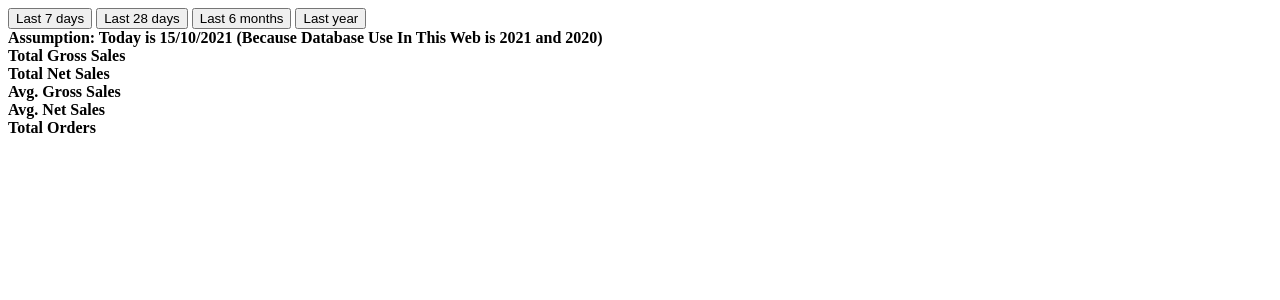
Repository: quockhuongtrann/Ecommerce-Website-With-Spring-Framework
Page: http://localhost/reports/sales_report_by_date
These files come from the project's save history. The page is drawn as it stood at one moment and after the next save; the edit follows.
The browser window is 1280 px wide. The pictures show the whole page.
The page is this project's Thymeleaf template; nobody is signed in. The template is opened directly, without the code that normally fills it, so the values that code supplies are empty.

Above is the page before, as saved 2023-01-18 12:49:35.

### ShopTqkProject/ShopTqkWebParent/ShopTqkBackend/src/main/resources/templates/reports/sales_report_by_date.html
<!DOCTYPE html>
<html xmlns:th="http://www.thymeleaf.org">
<body>
<div th:fragment="content" th:remove="tag">
	<div>
		<button period="last_7_days" class="btn btn-primary button-sales-by-date m-1">Last 7 days</button>
		<button period="last_28_days" class="btn btn-light button-sales-by-date m-1">Last 28 days</button>
		<button period="last_6_months" class="btn btn-light button-sales-by-date m-1">Last 6 months</button>
		<button period="last_year" class="btn btn-light button-sales-by-date m-1">Last year</button>
		<div><b>Assumption: Today is 15/10/2021 (Because Database Use In This Web is 2021 and 2020)</b></div>
	</div>

	<div id="chart_sales_by_date" class="justify-content-center mt-3">

	</div>

	<div class="row justify-content-center">
		<div class="col-2-sm">
			<div class="card">
				<div class="card-header"><b>Total Gross Sales</b></div>
				<div class="card-body">
					<span class="h3" id="textTotalGrossSales"></span>
				</div>
			</div>
		</div>

		<div class="col-2-sm">
			<div class="card">
				<div class="card-header"><b>Total Net Sales</b></div>
				<div class="card-body">
					<span class="h3" id="textTotalNetSales"></span>
				</div>
			</div>
		</div>

		<div class="col-2-sm">
			<div class="card">
				<div class="card-header"><b>Avg. Gross Sales</b></div>
				<div class="card-body">
					<span class="h3" id="textAvgGrossSales"></span>
				</div>
			</div>
		</div>

		<div class="col-2-sm">
			<div class="card">
				<div class="card-header"><b>Avg. Net Sales</b></div>
				<div class="card-body">
					<span class="h3" id="textAvgNetSales"></span>
				</div>
			</div>
		</div>

		<div class="col-2-sm">
			<div class="card">
				<div class="card-header"><b>Total Orders</b></div>
				<div class="card-body">
					<span class="h3" id="textTotalOrders"></span>
				</div>
			</div>
		</div>
	</div>
</div>

</body>
</html>

After the next save:
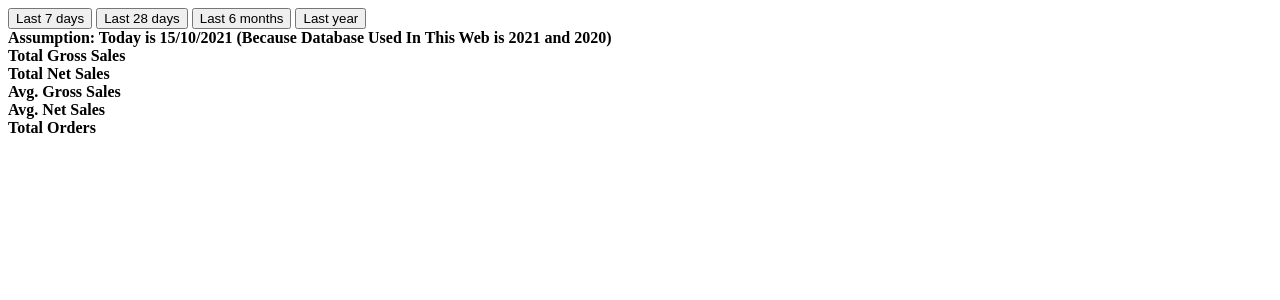
Saved 3 min 3 s later.
--- a/ShopTqkProject/ShopTqkWebParent/ShopTqkBackend/src/main/resources/templates/reports/sales_report_by_date.html
+++ b/ShopTqkProject/ShopTqkWebParent/ShopTqkBackend/src/main/resources/templates/reports/sales_report_by_date.html
@@ -7,7 +7,7 @@
 		<button period="last_28_days" class="btn btn-light button-sales-by-date m-1">Last 28 days</button>
 		<button period="last_6_months" class="btn btn-light button-sales-by-date m-1">Last 6 months</button>
 		<button period="last_year" class="btn btn-light button-sales-by-date m-1">Last year</button>
-		<div><b>Assumption: Today is 15/10/2021 (Because Database Use In This Web is 2021 and 2020)</b></div>
+		<div><b>Assumption: Today is 15/10/2021 (Because Database Used In This Web is 2021 and 2020)</b></div>
 	</div>
 
 	<div id="chart_sales_by_date" class="justify-content-center mt-3">
